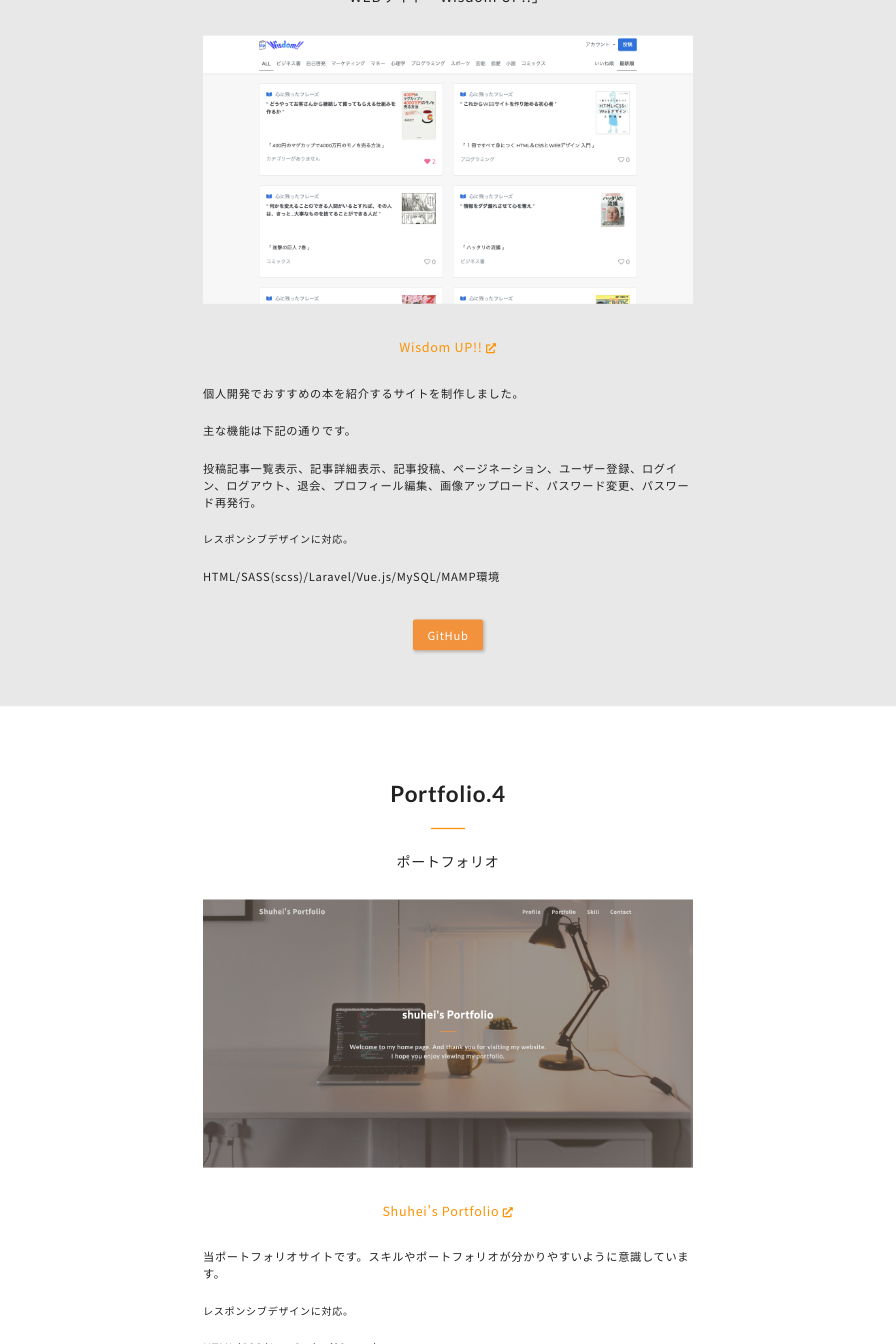
Repository: shuehi23/Portfolio
Page: portfolio/portfolio.html
These files come from the project's save history. The page is drawn as it stood at one moment and after the next save; the edit follows.
The browser window is 1280 px wide. The pictures show the part of the page from y = 4580 to 6500 px (the page is 6890 px tall before and 6914 px after), at 70% of full size.
A picture or video elsewhere on the page could not be fetched, so the positions and the page height are approximate. Some web libraries are served in a nearby version.

Above is the page before, as saved 2020-10-19 09:19:19.

### portfolio/portfolio.html
<!DOCTYPE html>
<html lang="ja">
<head>
  <meta charset="UTF-8">
  <meta name="viewport" content="width=device-width, initial-scale=1.0">
  <meta http-equiv="X-UA-Compatible" content="ie=edge">
  <title>Suhei's Portfolio</title>
  <!-- Google Fontsの読み込み -->
  <link href="https://fonts.googleapis.com/css?family=Lato:400,700|Noto+Sans+JP:400,700&display=swap&subset=japanese" rel="stylesheet">
  <!-- FontAwesomeの読み込み -->
  <link href="https://use.fontawesome.com/releases/v5.12.0/css/all.css" rel="stylesheet">
  <link rel="stylesheet" href="../css/stylesheet.css">
</head>
<body id="DETAIL">
  <!-- Navigation -->
  <nav class="l-navigation" id="mainNav">
    <div class="container">
      <a class="l-navigation_logo" href="">Shuhei's Portfolio</a>
      <div class="menu-trigger js-toggle-sp-menu">
        <span></span>
        <span></span>
        <span></span>
      </div>
      <ul class="l-navigation_list js-toggle-sp-menu-target">
        <li class="l-navigation_item">
          <a class="l-navigation_link" href="index.html#homt">Home</a>
        </li>
        <li class="l-navigation_item">
          <a class="l-navigation_link" href="index.html#portfolio">Portfolio</a>
        </li>
        <li class="l-navigation_item">
          <a class="l-navigation_link" href="index.html#skill">Skill</a>
        </li>
        <li class="l-navigation_item">
          <a class="l-navigation_link" href="index.html#contact">Contact</a>
        </li>
      </ul>
    </div>
  </nav>
  <!-- ヘッダー -->
  <header id="header" class="l-header">
    <div class="l-header_container l-content-wrap-default">
      <h1 class="l-header_title">
         shuhei's Portfolio
      </h1>
      <hr>
      <p class="l-header_text">
         My Portfolio. I hope you enjoy viewing my Portfolio.
      </p>
    </div>
  </header>

  <!-- メインコンテンツ -->
  <main id="main" class="l-main">
    <!-- ポートフォリオ１ -->
    <article id="portfolio01" class="p-detail">
      <div class="p-detail_container l-content-wrap-default">
        <h2 class="p-detail_title">Portfolio.1</h2>
        <hr>
        <h3 class="p-detail_subtitle">サンプルWEBサイト</h3>
        <img src="../image/portfolio01.jpg" alt="" class="p-detail_image">
        <div class="p-detail_link-wrap">
          <a href="#" class="p-detail_link">
            Overseas Sport Tour <i class="fas fa-external-link-alt p-detail_icon"></i>
          </a>
        </div>

        <p class="p-detail_text">
          海外アスリート応援ツアーをイメージして制作しました。
        </p>
        <p class="p-detail_text_small">
          レスポンシブデザインに対応。
        </p>
        <p class="p-detail_text">
          HTML/Scss/bootstrap/JavaScript(jQuery)
        </p>
        <p class="p-deteail_text c-btn--wrap">
          <a href="#" class="c-btn--link">GitHub</a>
        </p>
      </div>
    </article>
    <!-- ポートフォリオ２ -->
    <article id="portfolio02" class="p-detail">
      <div class="p-detail_container l-content-wrap-default">
        <h2 class="p-detail_title">Portfolio.2</h2>
        <hr>
        <h3 class="p-detail_subtitle">WEBサービス「Connect With Sports」</h3>
        <img src="../image/connect.jpg" alt="" class="p-detail_image">
        <div class="p-detail_link-wrap">
          <a href="#" class="p-detail_link">
            Connect With Sports <i class="fas fa-external-link-alt p-detail_icon"></i>
          </a>
        </div>
        <p class="p-detail_text">
              個人開発でオリジナルWEBサービスを制作しました。スポーツを通じて繋がることができるWEBサービスです。
        </p>
        <p class="p-detail_text">
              主な機能は下記の通りです。
        </p>
        <p class="p-detail_text">
              記事一覧表示、記事詳細表示、記事投稿、ページネーション、ユーザー登録、ログイン、ログアウト、退会、プロフィール編集、画像アップロード、パスワード変更、パスワード再発行。
        </p>
        <p class="p-detail_text_small">
              PHPとMySQLの実装がメインのため、レスポンシブデザインには非対応。
            </p>
        <p class="p-detail_text">
              HTML/CSS/JavaScript(jQuery)/PHP/MySQL
        </p>
        <p class="p-deteail_text c-btn--wrap">
          <a href="#" class="c-btn--link">GitHub</a>
        </p>
      </div>
    </article>
    <!-- ポートフォリオ３ -->
    <article id="portfolio03" class="p-detail">
      <div class="p-detail_container l-content-wrap-default">
        <h2 class="p-detail_title">Portfolio.3</h2>
        <hr>
        <h3 class="p-detail_subtitle">オリジナルゲーム「Get meat challenge」</h3>
        <img src="../image/game.jpg" alt="" class="p-detail_image">
        <div class="p-detail_link-wrap">
          <a href="#" class="p-detail_link">
            Get meat challenge<i class="fas fa-external-link-alt p-detail_icon"></i>
          </a>
        </div>
        <p class="p-detail_text">
                  個人開発でオリジナルゲームを制作しました。出てくるキャラクター倒し、肉をゲットするシンプルなゲームです。
        </p>
        <p class="p-detail_text">
                  オブジェクト指向を用いて制作しました。
        </p>
        <p class="p-detail_text_small">
                  レスポンシブデザインには非対応。
        </p>
        <p class="p-detail_text">
                  PHP/HTML/CSS/JavaScript(jQuery)
        </p>
        <p class="p-deteail_text c-btn--wrap">
          <a href="#" class="c-btn--link">GitHub</a>
        </p>
      </div>
    </article>
    <!-- ポートフォリオ4 -->
    <article id="portfolio04" class="p-detail">
      <div class="p-detail_container l-content-wrap-default">
        <h2 class="p-detail_title">Portfolio.4</h2>
        <hr>
        <h3 class="p-detail_subtitle">WEBサイト「Wisdom UP!!」</h3>
        <img src="../image/wisdom.jpg" alt="" class="p-detail_image">
        <div class="p-detail_link-wrap">
          <a href="#" class="p-detail_link">
            Wisdom UP!!<i class="fas fa-external-link-alt p-detail_icon"></i>
          </a>
        </div>
        <p class="p-detail_text">
                  個人開発でおすすめの本を紹介するサイトを制作しました。
        </p>
        <p class="p-detail_text">
                  主な機能は下記の通りです。
        </p>
        <p class="p-detail_text">
                  投稿記事一覧表示、記事詳細表示、記事投稿、ページネーション、ユーザー登録、ログイン、ログアウト、退会、プロフィール編集、画像アップロード、パスワード変更、パスワード再発行。
        </p>
        <p class="p-detail_text_small">
                  レスポンシブデザインに対応。
        </p>
        <p class="p-detail_text">
                  HTML/SASS(scss)/Laravel/Vue.js/MySQL/MAMP環境
        </p>
        <p class="p-deteail_text c-btn--wrap">
          <a href="#" class="c-btn--link">GitHub</a>
        </p>
      </div>
    </article>
    <!-- ポートフォリオ5 -->
    <article id="portfolio04" class="p-detail">
      <div class="p-detail_container l-content-wrap-default">
        <h2 class="p-detail_title">Portfolio.4</h2>
        <hr>
        <h3 class="p-detail_subtitle">ポートフォリオ</h3>
        <img src="../image/portfolio.jpg" alt="" class="p-detail_image">
        <div class="p-detail_link-wrap">
          <a href="#" class="p-detail_link">
            Shuhei's Portfolio<i class="fas fa-external-link-alt p-detail_icon"></i>
          </a>
        </div>
        <p class="p-detail_text">
                      当ポートフォリオサイトです。スキルやポートフォリオが分かりやすいように意識しています。
        </p>
        <p class="p-detail_text_small">
                      レスポンシブデザインに対応。
        </p>
        <p class="p-detail_text">
                      HTML/CSS/JavaScript(jQuery)
        </p>
        <p class="p-deteail_text c-btn--wrap">
          <a href="#" class="c-btn--link">GitHub</a>
        </p>
      </div>
    </article>
  </main>
  <!-- フッター -->
  <footer id="footer" class="l-footer">
    <div class="l-footer_container l-content-wrap-default">
      <p class="l-footer_title">Shuhei's portfolio</p>
      <small class="l-footer_copyright">
        &copy 2020 Shuhei's Portfolio All Right Reserved.
      </small>
    </div>
    <button type="button" class="l-footer_button js-scroll-top">
      <i class="fas fa-angle-double-up l-footer_go-to-top"></i>
    </button>
  </footer>
  <script src="https://code.jquery.com/jquery-3.4.1.min.js" integrity="sha256-CSXorXvZcTkaix6Yvo6HppcZGetbYMGWSFlBw8HfCJo=" crossorigin="anonymous"></script>
  <!-- smooth-scroll.jsのファイルを読み込み -->
  <script src="https://cdn.jsdelivr.net/gh/cferdinandi/smooth-scroll/dist/smooth-scroll.polyfills.min.js"></script>
  <!-- JavaScriptファイルの読み込み -->
  <script src="../js/main.js"></script>
</body>
</html>

Loaded but not shown: js/main.js (62 lines, source omitted); css/stylesheet.css (957 lines, source omitted)

After the next save:
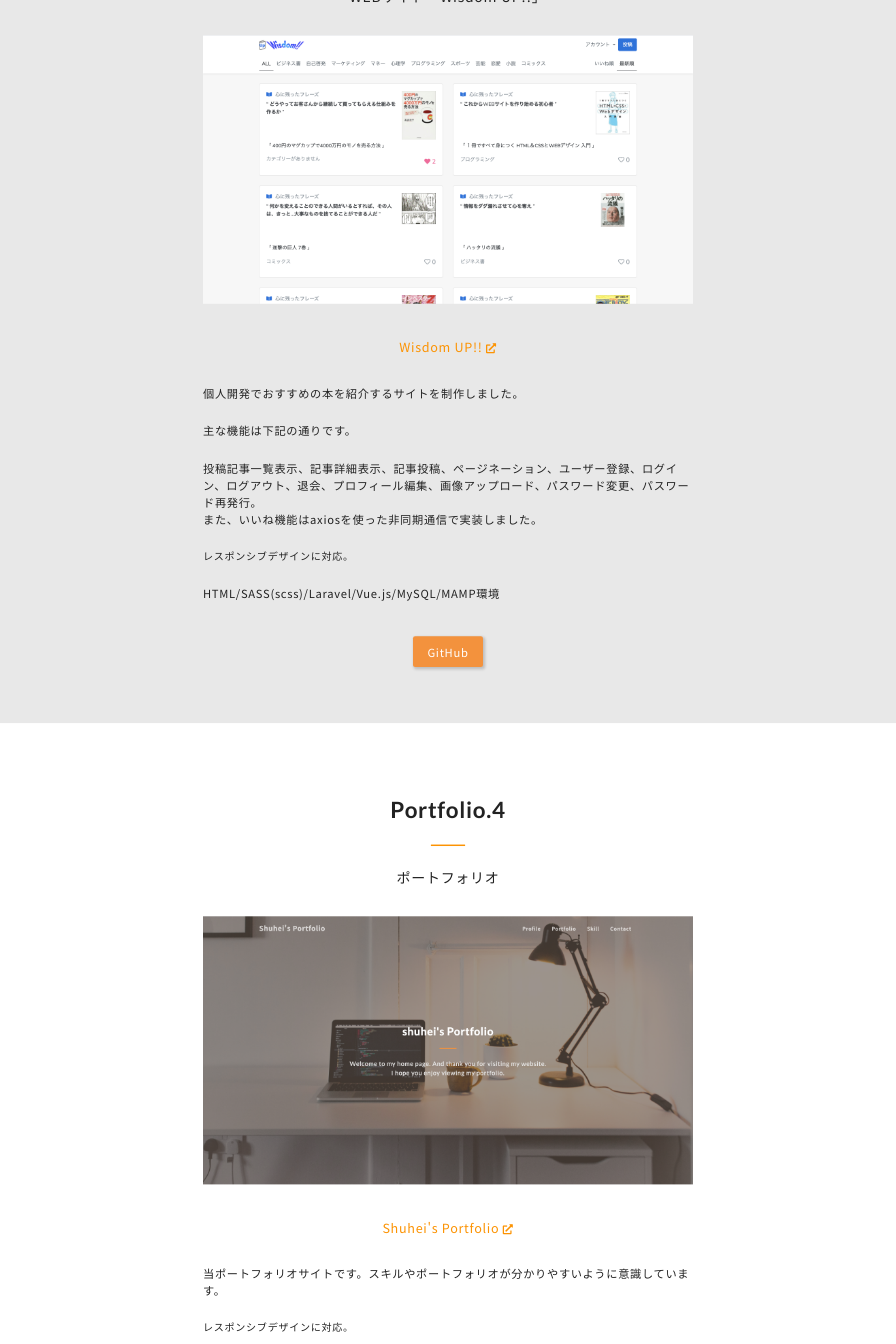
Saved 9 min 24 s later.
--- a/portfolio/portfolio.html
+++ b/portfolio/portfolio.html
@@ -159,7 +159,8 @@
                   主な機能は下記の通りです。
         </p>
         <p class="p-detail_text">
-                  投稿記事一覧表示、記事詳細表示、記事投稿、ページネーション、ユーザー登録、ログイン、ログアウト、退会、プロフィール編集、画像アップロード、パスワード変更、パスワード再発行。
+                  投稿記事一覧表示、記事詳細表示、記事投稿、ページネーション、ユーザー登録、ログイン、ログアウト、退会、プロフィール編集、画像アップロード、パスワード変更、パスワード再発行。<br>
+                  また、いいね機能はaxiosを使った非同期通信で実装しました。
         </p>
         <p class="p-detail_text_small">
                   レスポンシブデザインに対応。
